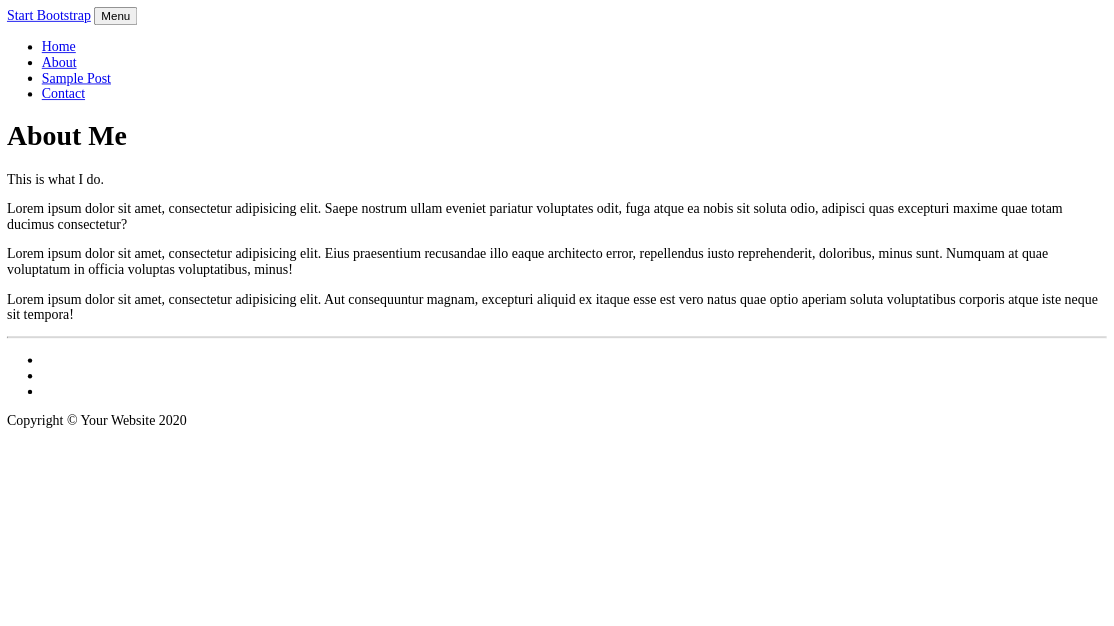
Repository: NomanMustafa/laravel-blog
Page: http://localhost/about
An editor plug-in stored every save of this project. The page is shown before and after the next save, followed by the edit.
The browser window is 1280 px wide. The pictures show the whole page, at 87% of full size.
The page is served by the project's Laravel application, run on PHP 8.4 with Laravel 8. Other server files are loaded and not shown.

Above is the page before, as saved 2020-07-04 17:19:13.

### routes/web.php
<?php

use Illuminate\Support\Facades\Route;

/*
|--------------------------------------------------------------------------
| Web Routes
|--------------------------------------------------------------------------
|
| Here is where you can register web routes for your application. These
| routes are loaded by the RouteServiceProvider within a group which
| contains the "web" middleware group. Now create something great!
|
 */

// Route::get('/', function () {
//     return view('welcome');
// });
Route::get('/', 'PublicControler@index');
Route::get('post/{id}', 'PublicControler@singlePost');
Route::get('/about', 'PublicControler@about');
Route::get('/contect', 'PublicControler@contect');
Route::post('/contect', 'PublicControler@contectPost');

### app/Http/Controllers/PublicControler.php
<?php

namespace App\Http\Controllers;

class PublicControler extends Controller
{
    public function index()
    {
        return view('welcome');
    }
    public function singlePost()
    {
        return view('singlePost');
    }
    public function about()
    {
        return view('about');
    }
    public function contect()
    {
        return view('contect');
    }
    public function contectPost()
    {

    }
}

### resources/views/about.blade.php
<!DOCTYPE html>
<html lang="en">

<head>

  <meta charset="utf-8">
  <meta name="viewport" content="width=device-width, initial-scale=1, shrink-to-fit=no">
  <meta name="description" content="">
  <meta name="author" content="">

  <title>Clean Blog - Start Bootstrap Theme</title>

  <!-- Bootstrap core CSS -->
  <link href="vendor/bootstrap/css/bootstrap.min.css" rel="stylesheet">

  <!-- Custom fonts for this template -->
  <link href="vendor/fontawesome-free/css/all.min.css" rel="stylesheet" type="text/css">
  <link href='https://fonts.googleapis.com/css?family=Lora:400,700,400italic,700italic' rel='stylesheet' type='text/css'>
  <link href='https://fonts.googleapis.com/css?family=Open+Sans:300italic,400italic,600italic,700italic,800italic,400,300,600,700,800' rel='stylesheet' type='text/css'>

  <!-- Custom styles for this template -->
  <link href="css/clean-blog.min.css" rel="stylesheet">

</head>

<body>

  <!-- Navigation -->
  <nav class="navbar navbar-expand-lg navbar-light fixed-top" id="mainNav">
    <div class="container">
      <a class="navbar-brand" href="index.html">Start Bootstrap</a>
      <button class="navbar-toggler navbar-toggler-right" type="button" data-toggle="collapse" data-target="#navbarResponsive" aria-controls="navbarResponsive" aria-expanded="false" aria-label="Toggle navigation">
        Menu
        <i class="fas fa-bars"></i>
      </button>
      <div class="collapse navbar-collapse" id="navbarResponsive">
        <ul class="navbar-nav ml-auto">
          <li class="nav-item">
            <a class="nav-link" href="index.html">Home</a>
          </li>
          <li class="nav-item">
            <a class="nav-link" href="about.html">About</a>
          </li>
          <li class="nav-item">
            <a class="nav-link" href="post.html">Sample Post</a>
          </li>
          <li class="nav-item">
            <a class="nav-link" href="contact.html">Contact</a>
          </li>
        </ul>
      </div>
    </div>
  </nav>

  <!-- Page Header -->
  <header class="masthead" style="background-image: url('img/about-bg.jpg')">
    <div class="overlay"></div>
    <div class="container">
      <div class="row">
        <div class="col-lg-8 col-md-10 mx-auto">
          <div class="page-heading">
            <h1>About Me</h1>
            <span class="subheading">This is what I do.</span>
          </div>
        </div>
      </div>
    </div>
  </header>

  <!-- Main Content -->
  <div class="container">
    <div class="row">
      <div class="col-lg-8 col-md-10 mx-auto">
        <p>Lorem ipsum dolor sit amet, consectetur adipisicing elit. Saepe nostrum ullam eveniet pariatur voluptates odit, fuga atque ea nobis sit soluta odio, adipisci quas excepturi maxime quae totam ducimus consectetur?</p>
        <p>Lorem ipsum dolor sit amet, consectetur adipisicing elit. Eius praesentium recusandae illo eaque architecto error, repellendus iusto reprehenderit, doloribus, minus sunt. Numquam at quae voluptatum in officia voluptas voluptatibus, minus!</p>
        <p>Lorem ipsum dolor sit amet, consectetur adipisicing elit. Aut consequuntur magnam, excepturi aliquid ex itaque esse est vero natus quae optio aperiam soluta voluptatibus corporis atque iste neque sit tempora!</p>
      </div>
    </div>
  </div>

  <hr>

  <!-- Footer -->
  <footer>
    <div class="container">
      <div class="row">
        <div class="col-lg-8 col-md-10 mx-auto">
          <ul class="list-inline text-center">
            <li class="list-inline-item">
              <a href="#">
                <span class="fa-stack fa-lg">
                  <i class="fas fa-circle fa-stack-2x"></i>
                  <i class="fab fa-twitter fa-stack-1x fa-inverse"></i>
                </span>
              </a>
            </li>
            <li class="list-inline-item">
              <a href="#">
                <span class="fa-stack fa-lg">
                  <i class="fas fa-circle fa-stack-2x"></i>
                  <i class="fab fa-facebook-f fa-stack-1x fa-inverse"></i>
                </span>
              </a>
            </li>
            <li class="list-inline-item">
              <a href="#">
                <span class="fa-stack fa-lg">
                  <i class="fas fa-circle fa-stack-2x"></i>
                  <i class="fab fa-github fa-stack-1x fa-inverse"></i>
                </span>
              </a>
            </li>
          </ul>
          <p class="copyright text-muted">Copyright &copy; Your Website 2020</p>
        </div>
      </div>
    </div>
  </footer>

  <!-- Bootstrap core JavaScript -->
  <script src="vendor/jquery/jquery.min.js"></script>
  <script src="vendor/bootstrap/js/bootstrap.bundle.min.js"></script>

  <!-- Custom scripts for this template -->
  <script src="js/clean-blog.min.js"></script>

</body>

</html>

### resources/views/layouts/master.blade.php
<!DOCTYPE html>
<html lang="en">

<head>

  <meta charset="utf-8">
  <meta name="viewport" content="width=device-width, initial-scale=1, shrink-to-fit=no">
  <meta name="description" content="">
  <meta name="author" content="">

  <title>Clean Blog - Start Bootstrap Theme</title>

  <!-- Bootstrap core CSS -->
  <link href="assets/vendor/bootstrap/css/bootstrap.min.css" rel="stylesheet">

  <!-- Custom fonts for this template -->
  <link href="assets/vendor/fontawesome-free/css/all.min.css" rel="stylesheet" type="text/css">
  <link href='https://fonts.googleapis.com/css?family=Lora:400,700,400italic,700italic' rel='stylesheet' type='text/css'>
  <link href='https://fonts.googleapis.com/css?family=Open+Sans:300italic,400italic,600italic,700italic,800italic,400,300,600,700,800' rel='stylesheet' type='text/css'>

  <!-- Custom styles for this template -->
  <link href="assets/css/clean-blog.min.css" rel="stylesheet">

</head>

<body>

  <!-- Navigation -->
  <nav class="navbar navbar-expand-lg navbar-light fixed-top" id="mainNav">
    <div class="container">
      <a class="navbar-brand" href="index.html">Start Bootstrap</a>
      <button class="navbar-toggler navbar-toggler-right" type="button" data-toggle="collapse" data-target="#navbarResponsive" aria-controls="navbarResponsive" aria-expanded="false" aria-label="Toggle navigation">
        Menu
        <i class="fas fa-bars"></i>
      </button>
      <div class="collapse navbar-collapse" id="navbarResponsive">
        <ul class="navbar-nav ml-auto">
          <li class="nav-item">
            <a class="nav-link" href="index.html">Home</a>
          </li>
          <li class="nav-item">
            <a class="nav-link" href="about.html">About</a>
          </li>
          <li class="nav-item">
            <a class="nav-link" href="post.html">Sample Post</a>
          </li>
          <li class="nav-item">
            <a class="nav-link" href="contact.html">Contact</a>
          </li>
        </ul>
      </div>
    </div>
  </nav>

  <!-- Page Header -->
@yield('content')

  <hr>

  <!-- Footer -->
  <footer>
    <div class="container">
      <div class="row">
        <div class="col-lg-8 col-md-10 mx-auto">
          <ul class="list-inline text-center">
            <li class="list-inline-item">
              <a href="#">
                <span class="fa-stack fa-lg">
                  <i class="fas fa-circle fa-stack-2x"></i>
                  <i class="fab fa-twitter fa-stack-1x fa-inverse"></i>
                </span>
              </a>
            </li>
            <li class="list-inline-item">
              <a href="#">
                <span class="fa-stack fa-lg">
                  <i class="fas fa-circle fa-stack-2x"></i>
                  <i class="fab fa-facebook-f fa-stack-1x fa-inverse"></i>
                </span>
              </a>
            </li>
            <li class="list-inline-item">
              <a href="#">
                <span class="fa-stack fa-lg">
                  <i class="fas fa-circle fa-stack-2x"></i>
                  <i class="fab fa-github fa-stack-1x fa-inverse"></i>
                </span>
              </a>
            </li>
          </ul>
          <p class="copyright text-muted">Copyright &copy; Your Website 2020</p>
        </div>
      </div>
    </div>
  </footer>

  <!-- Bootstrap core JavaScript -->
  <script src="assets/vendor/jquery/jquery.min.js"></script>
  <script src="assets/vendor/bootstrap/js/bootstrap.bundle.min.js"></script>

  <!-- Custom scripts for this template -->
  <script src="assets/js/clean-blog.min.js"></script>

</body>

</html>

Loaded but not shown: app/Providers/AppServiceProvider.php (common file); app/Http/Controllers/Controller.php (common file); public/assets/css/clean-blog.min.css (library); public/assets/js/clean-blog.min.js (common file)

After the next save:
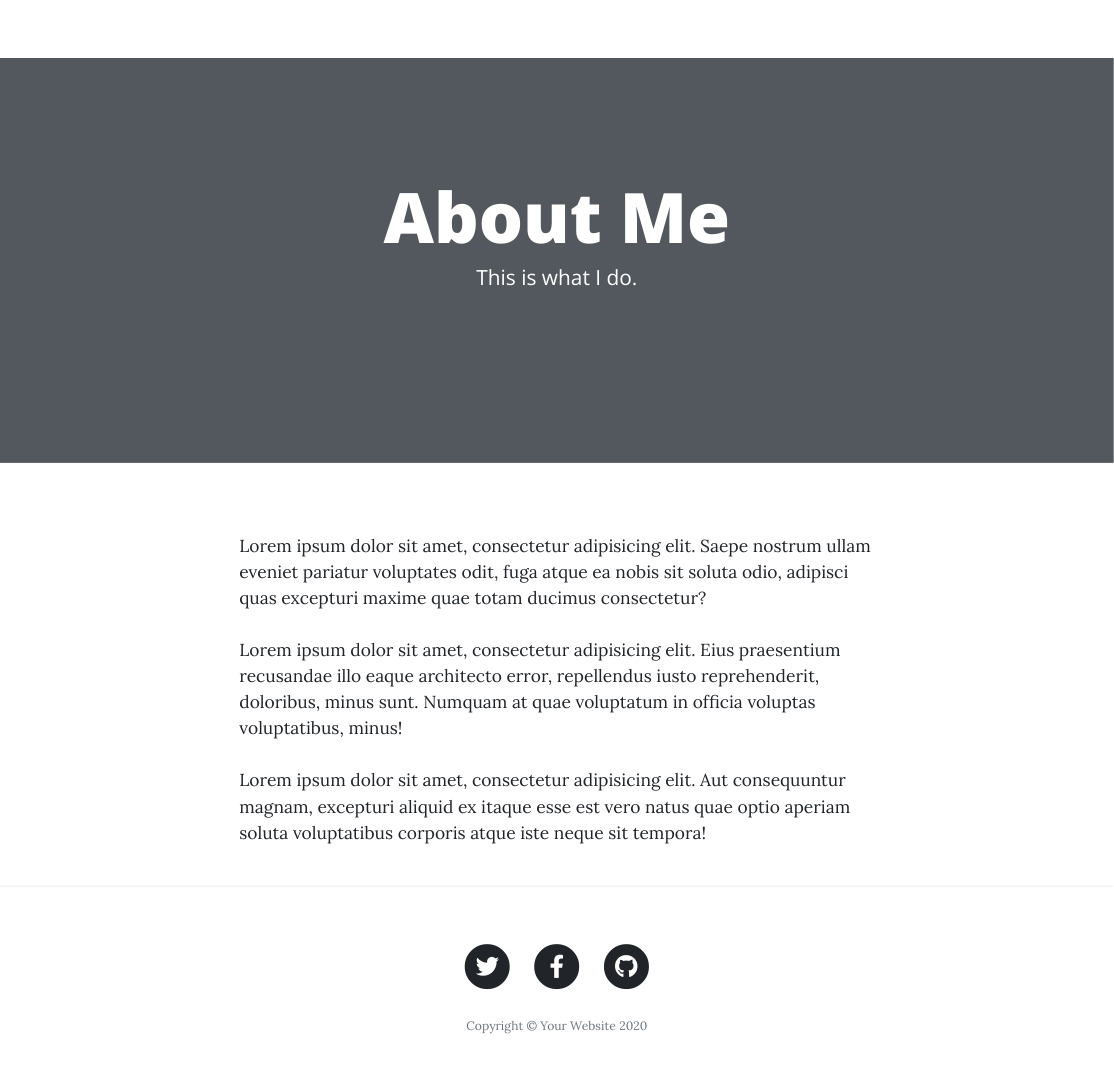
Saved 2 min 15 s later.
--- a/resources/views/about.blade.php
+++ b/resources/views/about.blade.php
@@ -1,56 +1,5 @@
-<!DOCTYPE html>
-<html lang="en">
-
-<head>
-
-  <meta charset="utf-8">
-  <meta name="viewport" content="width=device-width, initial-scale=1, shrink-to-fit=no">
-  <meta name="description" content="">
-  <meta name="author" content="">
-
-  <title>Clean Blog - Start Bootstrap Theme</title>
-
-  <!-- Bootstrap core CSS -->
-  <link href="vendor/bootstrap/css/bootstrap.min.css" rel="stylesheet">
-
-  <!-- Custom fonts for this template -->
-  <link href="vendor/fontawesome-free/css/all.min.css" rel="stylesheet" type="text/css">
-  <link href='https://fonts.googleapis.com/css?family=Lora:400,700,400italic,700italic' rel='stylesheet' type='text/css'>
-  <link href='https://fonts.googleapis.com/css?family=Open+Sans:300italic,400italic,600italic,700italic,800italic,400,300,600,700,800' rel='stylesheet' type='text/css'>
-
-  <!-- Custom styles for this template -->
-  <link href="css/clean-blog.min.css" rel="stylesheet">
-
-</head>
-
-<body>
-
-  <!-- Navigation -->
-  <nav class="navbar navbar-expand-lg navbar-light fixed-top" id="mainNav">
-    <div class="container">
-      <a class="navbar-brand" href="index.html">Start Bootstrap</a>
-      <button class="navbar-toggler navbar-toggler-right" type="button" data-toggle="collapse" data-target="#navbarResponsive" aria-controls="navbarResponsive" aria-expanded="false" aria-label="Toggle navigation">
-        Menu
-        <i class="fas fa-bars"></i>
-      </button>
-      <div class="collapse navbar-collapse" id="navbarResponsive">
-        <ul class="navbar-nav ml-auto">
-          <li class="nav-item">
-            <a class="nav-link" href="index.html">Home</a>
-          </li>
-          <li class="nav-item">
-            <a class="nav-link" href="about.html">About</a>
-          </li>
-          <li class="nav-item">
-            <a class="nav-link" href="post.html">Sample Post</a>
-          </li>
-          <li class="nav-item">
-            <a class="nav-link" href="contact.html">Contact</a>
-          </li>
-        </ul>
-      </div>
-    </div>
-  </nav>
+@extends('layouts.master')
+@section('content')
 
   <!-- Page Header -->
   <header class="masthead" style="background-image: url('img/about-bg.jpg')">
@@ -78,52 +27,4 @@
     </div>
   </div>
 
-  <hr>
-
-  <!-- Footer -->
-  <footer>
-    <div class="container">
-      <div class="row">
-        <div class="col-lg-8 col-md-10 mx-auto">
-          <ul class="list-inline text-center">
-            <li class="list-inline-item">
-              <a href="#">
-                <span class="fa-stack fa-lg">
-                  <i class="fas fa-circle fa-stack-2x"></i>
-                  <i class="fab fa-twitter fa-stack-1x fa-inverse"></i>
-                </span>
-              </a>
-            </li>
-            <li class="list-inline-item">
-              <a href="#">
-                <span class="fa-stack fa-lg">
-                  <i class="fas fa-circle fa-stack-2x"></i>
-                  <i class="fab fa-facebook-f fa-stack-1x fa-inverse"></i>
-                </span>
-              </a>
-            </li>
-            <li class="list-inline-item">
-              <a href="#">
-                <span class="fa-stack fa-lg">
-                  <i class="fas fa-circle fa-stack-2x"></i>
-                  <i class="fab fa-github fa-stack-1x fa-inverse"></i>
-                </span>
-              </a>
-            </li>
-          </ul>
-          <p class="copyright text-muted">Copyright &copy; Your Website 2020</p>
-        </div>
-      </div>
-    </div>
-  </footer>
-
-  <!-- Bootstrap core JavaScript -->
-  <script src="vendor/jquery/jquery.min.js"></script>
-  <script src="vendor/bootstrap/js/bootstrap.bundle.min.js"></script>
-
-  <!-- Custom scripts for this template -->
-  <script src="js/clean-blog.min.js"></script>
-
-</body>
-
-</html>
+ @endsection
